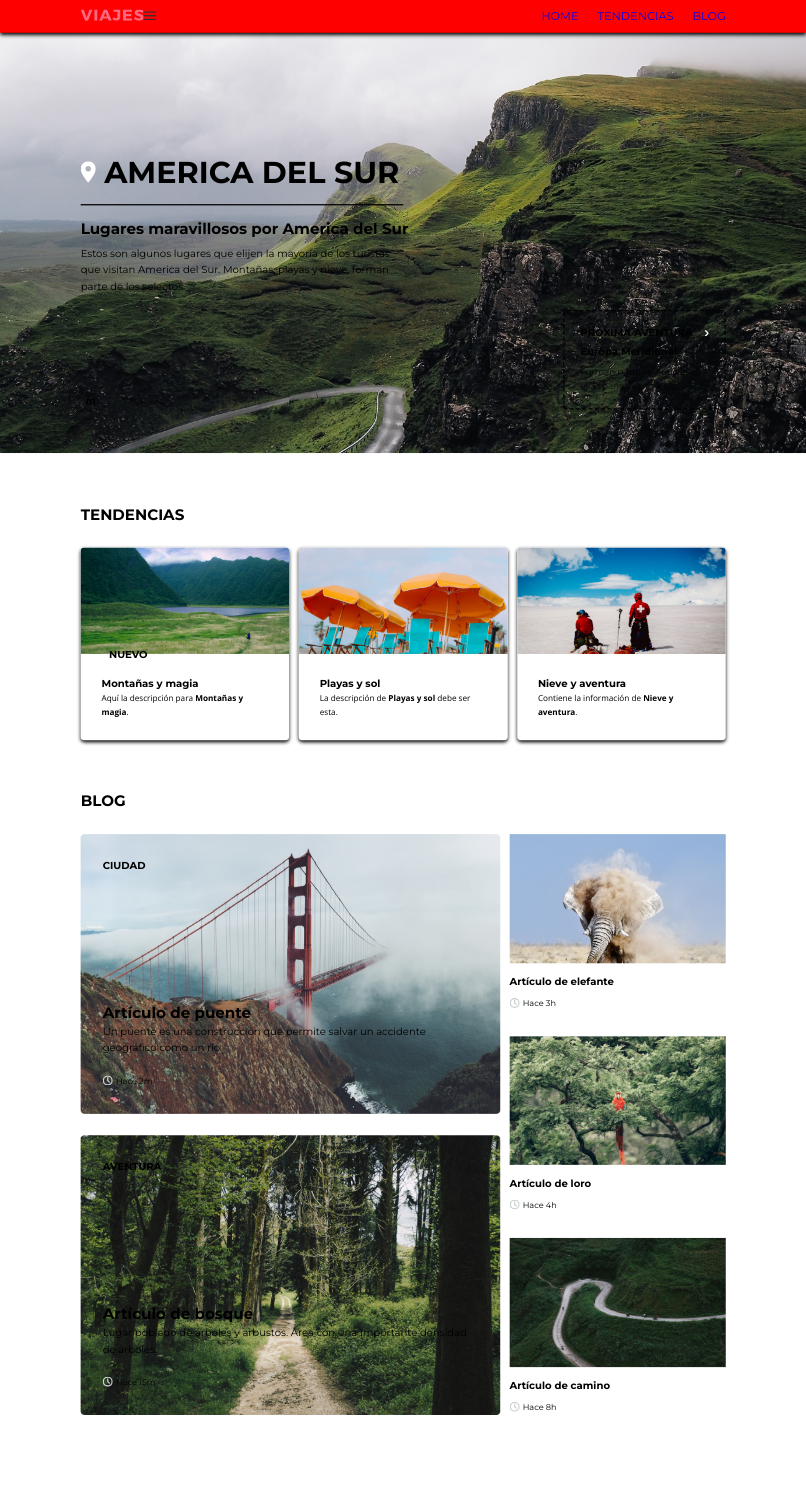
Repository: agustin-mesa/viajes
Page: /
These files come from the project's save history. The page is drawn as it stood at one moment and after the next save; the edit follows.
The browser window is 1280 px wide. The pictures show the whole page, at 63% of full size.
The project was rebuilt for these pictures with package versions that can differ from the ones it lists, and the page was loaded fresh each time. Also part of the build but not shown: src/components/styles/colors.module.scss.

Above is the page before, as saved 2021-11-14 00:41:56.

### public/index.html
<!DOCTYPE html>
<html lang="es">
  <head>
    <meta name="author" content="Mauro Agustín Mesa" />
    <meta charset="utf-8" />
    <meta name="viewport" content="width=device-width, initial-scale=1" />
    <meta name="theme-color" content="#000000" />
    <meta
      name="description"
      content="Web site created using create-react-app"
    />
    <title>React App</title>
  </head>
  <body>
    <noscript>You need to enable JavaScript to run this app.</noscript>
    <div id="root"></div>
  </body>
</html>

### src/index.js
import React from "react";
import ReactDOM from "react-dom";
import App from "./App";
import "./index.css";

const Index = () => {
  return <App />;
};

ReactDOM.render(<Index />, document.getElementById("root"));

### src/App.js
import React from "react";
import Header from "./components/Header";
import Home from "./pages/Home";
import Tendencias from "./pages/Tendencias";
import Blog from "./pages/Blog";
import Footer from "./components/Footer";

const App = () => {
  return (
    <>
      <Header />
      <Home />
      <Tendencias />
      <Blog />
      <Footer />
    </>
  );
};

export default App;

### src/index.css
@import url("https://fonts.googleapis.com/css2?family=Montserrat:wght@100;200;300;400;500;600;700&display=swap");
@import url("https://fonts.googleapis.com/css2?family=Montserrat:wght@100;200;300;400;500;600;700&family=Open+Sans:wght@400;500;600;700&display=swap");

* {
  margin: 0;
  padding: 0;
  list-style: none;
  text-decoration: none;
  border: none;
  outline: none;
  scroll-behavior: smooth;
}

body {
  margin: 0;
  -webkit-font-smoothing: antialiased;
  -moz-osx-font-smoothing: grayscale;
  font-family: "Montserrat", "Open Sans", sans-serif;
}

code {
  font-family: source-code-pro, Menlo, Monaco, Consolas, "Courier New",
    monospace;
}

@media only screen and (max-width: 800px) {
  #root {
    font-size: 14px;
  }
}

### src/components/Header.js
import React, { useState } from "react";
import styled, { keyframes } from "styled-components";

// Colors
import * as colors from "./styles/colors.module.scss";

// LOGO
import logo from "../Assets/logo/logo_01.svg";

// Iconos
import icHamburguer from "../Assets/iconos/hamburguer_menu.svg";
import icTimesExit from "../Assets/iconos/times_exit.svg";

const Header = () => {
  const [hamburguerMenu, changeHamburguerMenu] = useState(false);

  const handleMenu = () => {
    return changeHamburguerMenu(!hamburguerMenu);
  };

  return (
    <ContainerHeader>
      <nav>
        <div className="header__logo">
          <a href="#home">
            <img src={logo} alt="Viajes" />
          </a>
        </div>

        <div className="nav__mobile">
          {!hamburguerMenu ? (
            <img src={icHamburguer} alt="" onClick={handleMenu} />
          ) : (
            <img src={icTimesExit} alt="" onClick={handleMenu} />
          )}
        </div>

        <ul className="noMobile">
          <li>
            <a href="#home">HOME</a>
          </li>
          <li>
            <a href="#tendencias">TENDENCIAS</a>
          </li>
          <li>
            <a href="#blog">BLOG</a>
          </li>
        </ul>
      </nav>
    </ContainerHeader>
  );
};

const showMenu = keyframes`
  0%{
    opacity: 0;
  }
  100%{
    opacity:1;
  }
`;

const ContainerHeader = styled.header`
  position: fixed;
  top: 0;
  left: 0;
  right: 0;
  z-index: 999;
  background: red;
  background: ${colors.white};
  box-shadow: 0px 3px 6px ${colors.blackOpac};
  nav {
    display: flex;
    flex-direction: row;
    justify-content: space-between;
    align-items: center;
    padding: 15px 10%;
    .header__logo a img {
      width: 100px;
    }
    ul {
      display: flex;
      flex-direction: row;
      justify-content: flex-end;
      align-items: center;
      width: 100%;
      li a {
        padding: 15px 15px;
        font: normal normal normal 1.125em/13px Montserrat;
        color: ${colors.blueRelax};
        transition: all 0.2s ease;
      }
      li a:hover {
        color: ${colors.darkblue};
      }
      li:last-child a {
        padding: 15px 0 15px 15px;
      }
    }
  }

  @media only screen and (max-width: 768px) {
    nav .header__logo a img {
      width: 80px;
    }
    .nav__mobile {
      display: flex;
      img {
        animation: ${showMenu} 0.5s ease;
      }
    }
    .nav__mobile:hover < nav ul {
      display: none;
    }
    .noMobile {
    }
  }
`;

export default Header;

### src/pages/Home.js
import React from "react";
import styled from "styled-components";

import * as colors from "../components/styles/colors.module.scss";

// IMG
import viajesHero from "../Assets/img/Viajes_Hero.jpg";
import icPin from "../Assets/iconos/ic_pin.svg";
import icArrow from "../Assets/iconos/arrow.svg";

// Importo etiquetas default con estilos propios
import { Parrafo, Span, H3, H5 } from "../components/styles/stylesDefault";

const Home = () => {
  return (
    <ContainerHome id="home">
      <HeroWrapper>
        <div className="hero__title">
          <h1>
            <img src={icPin} alt="Pin" /> AMERICA DEL SUR
          </h1>
          <hr />
          <H3 color="white">Lugares maravillosos por America del Sur</H3>
          <Parrafo>
            Estos son algunos lugares que elijen la mayoría de los turistas que
            visitan America del Sur. Montañas, playas y nieve, forman parte de
            los selectos.
          </Parrafo>
        </div>
        <div className="hero__info">
          <H5>
            PRÓXIMA AVENTURA <img src={icArrow} alt="Arrow" />
          </H5>
          <Span color="white">Europa Meridional</Span>
          <p>
            Forman parte veinte países. <br />
            ej. España, Francia, etc.
          </p>
        </div>
      </HeroWrapper>
      <div className="slider">
        <span>01</span>
      </div>
    </ContainerHome>
  );
};

const ContainerHome = styled.div`
  width: 100%;
  height: 100vh;
  background-image: url(${viajesHero});
  background-size: cover;
  background-position: center;

  .slider {
    position: absolute;
    width: 13%;
    bottom: 60px;
    display: flex;
    align-items: center;
    justify-content: flex-end;
    z-index: 1;
    span {
      display: flex;
      align-items: center;
      justify-content: center;
      width: 45px;
      height: 45px;
      background: ${colors.white};
      border-radius: 50px;
      font: normal normal bold 0.875em/22px Montserrat;
    }
    span::after {
      content: "";
      position: absolute;
      width: 70px;
      height: 70px;
      background: ${colors.whiteOpac};
      border-radius: 50px;
      z-index: -2;
    }
    span::before {
      content: "";
      position: absolute;
      left: 0;
      width: 100%;
      height: 5px;
      background: ${colors.pink};
      z-index: -1;
    }
  }
  @media only screen and (max-width: 920px) {
    .slider {
      width: 20%;
    }
  }
  @media only screen and (max-width: 480px) {
    .slider span {
      width: 35px;
      height: 35px;
    }
    .slider span::after {
      width: 50px;
      height: 50px;
    }
  }
`;

const HeroWrapper = styled.div`
  position: absolute;
  top: 0;
  bottom: 0;
  left: 10%;
  right: 10%;
  display: flex;
  align-items: center;

  .hero__title {
    display: flex;
    align-items: flex-start;
    justify-content: center;
    flex-direction: column;
    color: ${colors.white};

    h1 {
      font: normal normal bold 3em/42px Montserrat;
    }
    hr {
      width: 50%;
      border-bottom: 2px solid ${colors.white};
      margin: 30px 0 20px;
      background: ${colors.white};
    }
  }

  .hero__info {
    position: absolute;
    right: 0;
    bottom: 70px;
    background: ${colors.darkblueOpac} 0% 0% no-repeat padding-box;
    border: 2px dashed ${colors.whiteOpac};
    border-radius: 6px;
    padding: 25px;

    p {
      font: normal normal 300 0.875em/22px Montserrat;
      color: ${colors.white};
      margin: 10px 0 0;
    }
  }

  @media only screen and (max-width: 800px) {
    .hero__info {
      display: none;
    }
    .hero__title p {
      width: 80%;
    }
    .hero__title hr {
      width: 85%;
    }
  }
  @media only screen and (max-width: 650px) {
    .hero__info,
    .hero__title p {
      display: none;
    }
    .hero__title hr {
      width: 85%;
    }
  }
  @media only screen and (max-width: 580px) {
    .hero__title h1 {
      font: normal normal bold 1.7em/42px Montserrat;
    }
    .hero__title h1 img {
      width: 12px;
    }
    .hero__title h3 {
      font: normal normal bold 1.4em/34px Montserrat;
    }
    .hero__title hr {
      width: 100%;
      margin: 15px 0 20px;
    }
  }
`;

export default Home;

### src/pages/Tendencias.js
import React from "react";
import styled from "styled-components";

// Colors
import * as colors from "../components/styles/colors.module.scss";

// IMG
import card01 from "../Assets/img/card_01.png";
import card02 from "../Assets/img/card_02.png";
import card03 from "../Assets/img/card_03.png";

// Importo etiquetas default con estilos propios
import { H3 } from "../components/styles/stylesDefault";

// Components
import TendenciaItem from "../components/TendenciaItem";

const Tendencias = () => {
  // Simulo una base de datos para luego imprimir cada CARD.
  // Aunque también se podría hacer manualmente usando el componente
  // TendenciaItem y usar sus props, pero la manera más eficiente es el de
  // simular una base de datos; tranquilamente se muestra cada CARD con tan solo
  // agregar un objeto más dentro del array.
  const tendencias = [
    {
      src: card01,
      isNew: true,
      titulo: "Montañas y magia",
      descripcion: (
        <>
          Aquí la descripción para <b>Montañas y magia</b>.
        </>
      ),
    },
    {
      src: card02,
      isNew: false,
      titulo: "Playas y sol",
      descripcion: (
        <>
          La descripción de <b>Playas y sol</b> debe ser esta.
        </>
      ),
    },
    {
      src: card03,
      isNew: false,
      titulo: "Nieve y aventura",
      descripcion: (
        <>
          Contiene la información de <b>Nieve y aventura</b>.
        </>
      ),
    },
  ];

  return (
    <ContainerTendencias id="tendencias">
      <div className="tendencias">
        <div className="tendencias__header">
          <H3 color="darkblue">TENDENCIAS</H3>
        </div>
        <div className="tendencias__body">
          {tendencias.map((tendencia, i) => {
            return (
              <TendenciaItem
                src={tendencia.src}
                nuevo={tendencia.isNew}
                titulo={tendencia.titulo}
                descripcion={tendencia.descripcion}
                key={i}
              />
            );
          })}
        </div>
      </div>
    </ContainerTendencias>
  );
};

const ContainerTendencias = styled.section`
  padding: 80px 10%;
  background: ${colors.grey};

  .tendencias__body {
    display: grid;
    grid-template-columns: repeat(3, 1fr);
    grid-template-rows: auto;
    row-gap: 40px;
    -moz-column-gap: 15px;
    column-gap: 15px;

    margin: 35px 0 0;

    div:last-child {
      margin: 0;
    }
  }
  .tendencias__header {
    width: 100%;
  }

  @media only screen and (max-width: 800px) {
    .tendencias__body {
      grid-template-columns: repeat(2, 1fr);
      .tendencia-item:nth-child(3) {
        display: none;
      }
    }
  }
  @media only screen and (max-width: 600px) {
    .tendencias__body {
      grid-template-columns: repeat(1, 1fr);
      .tendencia-item:nth-child(2) {
        display: none;
      }
    }
  }
`;

export default Tendencias;

### src/pages/Blog.js
import React from "react";
import styled from "styled-components";

// Colors
import * as colors from "../components/styles/colors.module.scss";

// IMG
import artBig01 from "../Assets/img/articulo_big_01.png";
import artBig02 from "../Assets/img/articulo_big_02.png";
import artSmall01 from "../Assets/img/articulo_small_01.png";
import artSmall02 from "../Assets/img/articulo_small_02.png";
import artSmall03 from "../Assets/img/articulo_small_03.png";

// Importo etiquetas default con estilos propios
import { H3 } from "../components/styles/stylesDefault";

// Components
import BigNewItem from "../components/BigNewItem";
import SmallNewItem from "../components/SmallNewItem";

const Blog = () => {
  const articulosBig = [
    {
      src: artBig01,
      tipo: "CIUDAD",
      titulo: "Artículo de puente",
      descripcion:
        "Un puente es una construcción que permite salvar un accidente geográfico como un río.",
      time: "2m",
    },
    {
      src: artBig02,
      tipo: "AVENTURA",
      titulo: "Artículo de bosque",
      descripcion:
        "Lugar poblado de árboles y arbustos. Área con una importante densidad de árboles.",
      time: "15m",
    },
  ];

  const articulosSmall = [
    {
      src: artSmall01,
      titulo: "Artículo de elefante",
      time: "3h",
    },
    {
      src: artSmall02,
      titulo: "Artículo de loro",
      time: "4h",
    },
    {
      src: artSmall03,
      titulo: "Artículo de camino",
      time: "8h",
    },
  ];

  return (
    <ContainerBlog id="blog">
      <div className="blog__header">
        <H3 color="darkblue">BLOG</H3>
      </div>
      <div className="blog__body">
        <div className="body__article">
          {articulosBig.map((articulo, i) => {
            return (
              <BigNewItem
                src={articulo.src}
                tipo={articulo.tipo}
                titulo={articulo.titulo}
                descripcion={articulo.descripcion}
                time={articulo.time}
                key={i}
              />
            );
          })}
        </div>
        <div className="body__article2">
          {articulosSmall.map((articulo, i) => {
            return (
              <SmallNewItem
                src={articulo.src}
                titulo={articulo.titulo}
                time={articulo.time}
                key={i}
              />
            );
          })}
        </div>
      </div>
    </ContainerBlog>
  );
};

const ContainerBlog = styled.section`
  position: relative;
  padding: 0 10% 40px;
  background: linear-gradient(180deg, ${colors.grey} 20%, ${colors.white} 0%);

  .blog__body {
    display: grid;
    grid-template-columns: 65% 1fr;
    grid-template-rows: auto;
    row-gap: 40px;
    -moz-column-gap: 15px;
    column-gap: 15px;
    margin: 35px 0 0;
  }
  .body__article {
    display: flex;
    flex-direction: column;
    width: 100%;
  }
  .body__article2 {
    display: grid;
    grid-template-rows: auto 1fr;
    row-gap: 40px;
  }
  article:last-child {
    margin: 0;
  }
  @media only screen and (max-width: 800px) {
    .blog__header {
      padding: 0 10%;
    }
    .blog__body {
      grid-template-columns: repeat(1, 1fr);
    }
    .body__article2 {
      display: none;
    }
  }
  @media only screen and (max-width: 600px) {
    & {
      padding: 0 0 60px;
    }
    .body__article {
      overflow: hidden;
    }
    .body__article article {
      overflow: hidden;
      height: 430px;
      display: flex;
      justify-content: center;
    }
  }
`;

export default Blog;

### src/components/Footer.js
import React from "react";
import styled from "styled-components";

// Colors
import * as colors from "../components/styles/colors.module.scss";

// IMG
import logo from "../Assets/logo/logo_02.svg";
import icFacebook from "../Assets/iconos/facebook.svg";
import icInstagram from "../Assets/iconos/instagram.svg";

const Footer = () => {
  return (
    <ContainerFooter>
      <div>
        <img src={logo} alt="Viajes" />
      </div>
      <div className="redes">
        <img src={icInstagram} alt="Instagram" />
        <img src={icFacebook} alt="Facebook" />
      </div>
    </ContainerFooter>
  );
};

const ContainerFooter = styled.footer`
  background: ${colors.darkblue};
  padding: 40px 10%;
  display: flex;
  align-items: center;
  justify-content: space-between;

  .redes img:first-child {
    margin: 0 20px;
  }
  @media only screen and (max-width: 600px) {
    & {
      padding: 30px 10%;
    }
  }
`;

export default Footer;

### src/components/styles/stylesDefault.js
import styled from "styled-components";

// Colors
import * as colors from "./colors.module.scss";

const Parrafo = styled.p`
  margin: 10px 0 0;
  font: normal normal normal 1em/26px Montserrat;
  width: 50%;
  color: ${colors.white};
`;

const H3 = styled.h3`
  font: normal normal bold 1.5em/34px Montserrat;
  color: ${(props) => {
    if (props.color === "white") return colors.white;
    if (props.color === "darkblue") return colors.darkblue;
  }};
`;

const H5 = styled.h5`
  font: normal normal bold 1em/20px Montserrat;
  color: ${colors.pink};
  margin: 0 0 10px;
  img {
    margin: 0 0 0 15px;
  }
`;

const Span = styled.span`
  font: normal normal bold 1em/20px Montserrat;
  color: ${(props) => {
    if (props.color === "white") return colors.white;
    if (props.color === "darkblue") return colors.darkblue;
  }};
`;

export { Parrafo, Span, H3, H5 };

### src/components/TendenciaItem.js
import React from "react";
import styled from "styled-components";

// Colors
import * as colors from "./styles/colors.module.scss";

import { Span } from "./styles/stylesDefault";

const TendenciaItem = ({ src, nuevo, titulo, descripcion }) => {
  return (
    <TenItem className="tendencia-item">
      <div className="tendencia-item__img">
        <img src={src} alt={titulo} />
      </div>
      <div className="tendencia-item__new">{nuevo && <span>NUEVO</span>}</div>
      <div className="tendencia-item__descrip">
        <Span color="darkblue">{titulo}</Span>
        <p>{descripcion}</p>
      </div>
    </TenItem>
  );
};

const TenItem = styled.div`
  background: ${colors.white} 0% 0% no-repeat padding-box;
  box-shadow: 0px 3px 6px ${colors.blackOpac};
  border-radius: 6px;
  margin: 0 16px 0 0;
  width: 100%;
  overflow: hidden;

  .tendencia-item__img img {
    width: 100%;
  }
  .tendencia-item__new {
    width: 100%;
    position: relative;
    span {
      position: absolute;
      top: -20px;
      left: 35px;
      background: ${colors.pink};
      border-radius: 6px;
      padding: 10px;
      font: normal normal bold 1em/13px Montserrat;
      color: ${colors.white};
    }
  }
  .tendencia-item__descrip {
    padding: 10%;
    p {
      font: normal normal normal 0.8125em/23px Open Sans;
      color: ${colors.greyBlue};
    }
  }
`;

export default TendenciaItem;

### src/components/BigNewItem.js
import React from "react";
import styled from "styled-components";

// Importo etiquetas default con estilos propios
import { Span, H3, Parrafo } from "../components/styles/stylesDefault";
import Time from "./Time";

const BigNewItem = ({ src, tipo, titulo, descripcion, time }) => {
  return (
    <NewItemBig>
      <img className="img__bg" src={src} alt={titulo} />
      <div className="newItem__info">
        <div className="info__header">
          <Span color="white">{tipo}</Span>
        </div>
        <div className="info__body">
          <H3 color="white">{titulo}</H3>
          <Parrafo>{descripcion}</Parrafo>
          <Time time={time} />
        </div>
      </div>
    </NewItemBig>
  );
};

const NewItemBig = styled.article`
  position: relative;
  border-radius: 6px;
  width: 100%;
  height: 100%;
  margin: 0 0 5%;

  .img__bg {
    width: 100%;
    max-width: 850px;
    height: 100%;
  }
  .newItem__info {
    position: absolute;
    top: 40px;
    left: 35px;
    right: 35px;
    bottom: 40px;
    display: flex;
    flex-direction: column;
    justify-content: space-between;
  }
  .info__body p {
    width: 100%;
    margin: 0 0 25px;
  }

  @media only screen and (max-width: 600px) {
    .img__bg {
      width: auto;
    }
  }

  @media only screen and (max-width: 530px) {
    .info__body p {
      display: none;
    }
  }
`;

export default BigNewItem;

### src/components/SmallNewItem.js
import React from "react";
import styled from "styled-components";

// Importo etiquetas default con estilos propios
import { Span } from "../components/styles/stylesDefault";

// Components
import Time from "./Time";

const SmallNewItem = ({ src, titulo, time }) => {
  return (
    <NewItemSmall>
      <img className="img__bg" src={src} alt={titulo} />
      <Span className="titulo" color="darkblue">
        {titulo}
      </Span>
      <Time time={time} />
    </NewItemSmall>
  );
};

const NewItemSmall = styled.article`
  display: flex;
  align-items: start;
  justify-content: center;
  flex-direction: column;
  span.titulo {
    margin: 20px 0 10px;
  }
  .img__bg {
    width: 100%;
  }
`;

export default SmallNewItem;

### src/components/Time.js
import React from "react";
import styled from "styled-components";

// Colors
import * as colors from "./styles/colors.module.scss";

// IMG
import icTime from "../Assets/iconos/time.svg";

const Time = ({ time }) => {
  return (
    <Timer>
      <img src={icTime} alt="Time" /> Hace {time}
    </Timer>
  );
};

const Timer = styled.span`
  display: flex;
  align-items: center;
  font: normal normal normal 0.8125em/26px Montserrat;
  color: ${colors.blueRelax};
  img {
    margin: 0 5px 0 0;
  }
`;
export default Time;

After the next save:
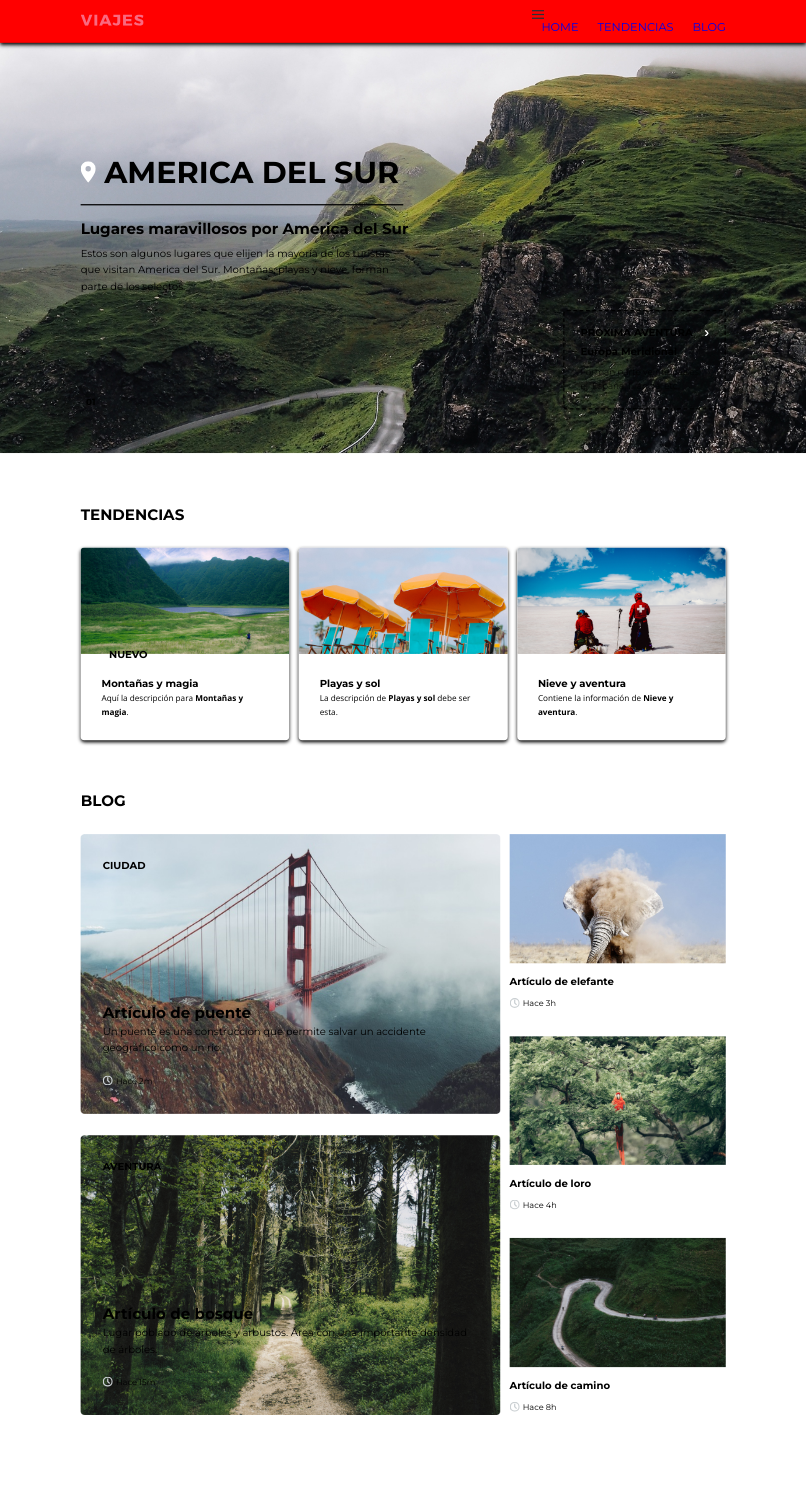
Saved 80 s later.
--- a/src/components/Header.js
+++ b/src/components/Header.js
@@ -27,25 +27,24 @@ const Header = () => {
           </a>
         </div>
 
-        <div className="nav__mobile">
+        <div className="hamburguer__menu">
           {!hamburguerMenu ? (
             <img src={icHamburguer} alt="" onClick={handleMenu} />
           ) : (
             <img src={icTimesExit} alt="" onClick={handleMenu} />
           )}
+          <ul className="noMobile">
+            <li>
+              <a href="#home">HOME</a>
+            </li>
+            <li>
+              <a href="#tendencias">TENDENCIAS</a>
+            </li>
+            <li>
+              <a href="#blog">BLOG</a>
+            </li>
+          </ul>
         </div>
-
-        <ul className="noMobile">
-          <li>
-            <a href="#home">HOME</a>
-          </li>
-          <li>
-            <a href="#tendencias">TENDENCIAS</a>
-          </li>
-          <li>
-            <a href="#blog">BLOG</a>
-          </li>
-        </ul>
       </nav>
     </ContainerHeader>
   );
